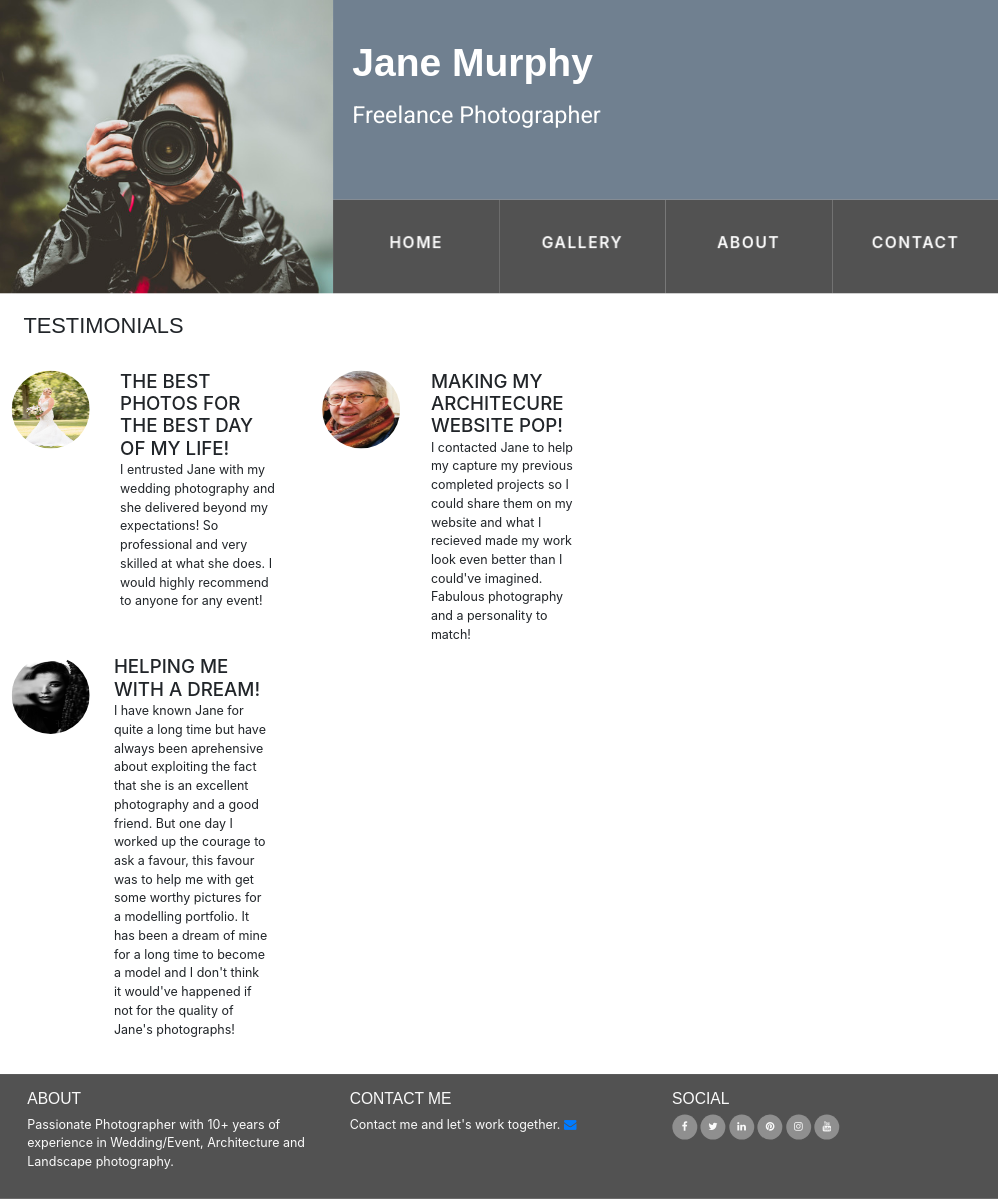
Repository: Code-Institute-Submissions/MrChrisRandall-milestone-1
Page: index.html
The author's editor kept a record of every edit. The page is drawn from the files as they stood at one moment, then again after the next edit.
The browser window is 1280 px wide. The pictures show the whole page, at 78% of full size.

Above is the page before.

### index.html
<!DOCTYPE html>
<html lang="en">

<head>
    <meta charset="UTF-8">
    <meta name="viewport" content="width=device-width, initial-scale=1.0">
    <meta http-equiv="X-UA-Compatible" content="ie=edge">
    <link rel="stylesheet" href="https://stackpath.bootstrapcdn.com/bootstrap/4.3.1/css/bootstrap.min.css" type="text/css" />
    <link rel="stylesheet" href="https://stackpath.bootstrapcdn.com/font-awesome/4.7.0/css/font-awesome.min.css" type="text/css" />
    <link rel="stylesheet" href="https://cdnjs.cloudflare.com/ajax/libs/hover.css/2.3.1/css/hover-min.css" type="text/css" />
    <link rel="stylesheet" href="assets/css/style.css" type="text/css" />
    <title>Studio 21</title>
</head>

<body>
    <header>
        <div class="row no-gutters">
            <a href="index.html" class="col-md-4 logo">

            </a>
            <div class="col-md-8">
                <div class="row no-gutters bg-color-name-title">
                    <div class="col heading">
                        <h1 class="name">Jane Murphy</h1>
                        <h2 class="title">Freelance Photographer</h2>
                    </div>
                </div>
                <div class="row no-gutters">
                    <div class="col">
                        <ul id="nav" class="list-inline menucontainer">
                            <li class="col-6 col-sm-3 ui-menu-color-home list-inline-item menuitem">
                                <a href="index.html" class="hvr-grow-shadow"><span>Home</span></a>
                            </li>
                            <li class="col-6 col-sm-3 ui-menu-color-gallery list-inline-item menuitem">
                                <a href="gallery.html" class="hvr-grow-shadow"><span>Gallery</span></a>
                            </li>
                            <li class="col-6 col-sm-3 ui-menu-color-about list-inline-item menuitem">
                                <a href="about.html" class="hvr-grow-shadow"><span>About</span></a>
                            </li>
                            <li class="col-6 col-sm-3 ui-menu-color-contact list-inline-item menuitem">
                                <a href="contact.html" class="hvr-grow-shadow"><span>Contact</span></a>
                            </li>
                        </ul>
                    </div>
                </div>

            </div>
        </div>

    </header>

    <section class="container-fluid">
        <div class="row">

            <div class="col-md-8 section-column">

                <div class="row">
                    <div class="col">
                        <h3 class="section-heading uppercase">Testimonials</h3>
                    </div>
                </div>
                <div class="row">
                    <div class="d-none d-sm-block">
                        <img src="assets/images/f1.jpg" class="rounded-circle mr-4" height=100 width=100>
                    </div>
                    <div class="col-10 offset-1 offset-sm-0 col-sm-4 col-md-4">
                        <div class="row">

                            <div class="col-10">
                                <h4 class="uppercase">The best photos for the best day of my life!</h4>
                                <p>
                                    I entrusted Jane with my wedding photography and she delivered beyond my expectations! So professional and very skilled at what she does. I would highly recommend to anyone for any event!
                                </p>
                            </div>
                        </div>
                    </div>


                    <div class="d-none d-sm-block">
                        <img src="assets/images/m1.jpg" class="rounded-circle mr-4" height=100 width=100>
                    </div>
                    <div class="col-10 offset-1 offset-sm-0 col-sm-4 col-md-4">
                        <div class="row">

                            <div class="col-10">
                                <h4 class="uppercase">Making my architecure website pop!</h4>
                                <p>
                                    I contacted Jane to help my capture my previous completed projects so I could share them on my website and what I recieved made my work look even better than I could've imagined. Fabulous photography and a personality to match!
                                </p>
                            </div>
                        </div>
                    </div>

                    <div class="d-none d-sm-block">
                        <img src="assets/images/fm1.jpg" class="rounded-circle mr-3" height=100 width=100>
                    </div>
                    <div class="col-10 offset-1 offset-sm-0 col-sm-4 col-md-4">
                        <div class="row">
                            <div class="col-10">
                                <h4 class="uppercase">Helping me with a dream!</h4>
                                <p>
                                    I have known Jane for quite a long time but have always been aprehensive about exploiting the fact that she is an excellent photography and a good friend. But one day I worked up the courage to ask a favour,
                                    this favour was to help me with get some worthy pictures for a modelling portfolio. It has been a dream of mine for a long time to become a model and I don't think it would've happened if not for the quality of Jane's photographs!
                                </p>
                            </div>

                        </div>
                    </div>
                </div>
            </div>
        </div>

    </section>

    <footer class="container-fluid">
        <div id="footer-details" class="row">
            <div class="col-sm-4">
                <h5 class="uppercase general-sub">About</h5>
                <p class="inline-block">
                    Passionate Photographer with 10+ years of experience in Wedding/Event, Architecture and Landscape photography.
                </p>
            </div>
            <div class="col-sm-4">
                <h5 class="uppercase general-sub">Contact Me</h5>
                <p class="inline-block">
                    Contact me and let's work together.
                    <a href="contact.html" class="contant-link">
                        <i class="fa fa-envelope" aria-hidden="true"></i>
                        <span class="sr-only">Contact link.</span>
                    </a>
                </p>
            </div>
            <div class="col-sm-4">
                <h5 class="uppercase general-sub">Social</h5>
                <ul class="list-inline social-links">
                    <li class="list-inline-item">
                        <a target="_blank" href="#">
                            <i class="fa fa-facebook" aria-hidden="true"></i>
                            <span class="sr-only">Facebook</span>
                        </a>
                    </li>
                    <li class="list-inline-item">
                        <a target="_blank" href="#">
                            <i class="fa fa-twitter" aria-hidden="true"></i>
                            <span class="sr-only">Twitter</span>
                        </a>
                    </li>
                    <li class="list-inline-item">
                        <a target="_blank" href="#">
                            <i class="fa fa-linkedin" aria-hidden="true"></i>
                            <span class="sr-only">LinkedIn</span>
                        </a>
                    </li>
                    <li class="list-inline-item">
                        <a target="_blank" href="#">
                            <i class="fa fa-pinterest" aria-hidden="true"></i>
                            <span class="sr-only">Pinterest</span>
                        </a>
                    </li>
                    <li class="list-inline-item">
                        <a target="_blank" href="#">
                            <i class="fa fa-instagram" aria-hidden="true"></i>
                            <span class="sr-only">Instagram</span>
                        </a>
                    </li>
                    <li class="list-inline-item">
                        <a target="_blank" href="#">
                            <i class="fa fa-youtube" aria-hidden="true"></i>
                            <span class="sr-only">YouTube</span>
                        </a>
                    </li>
                </ul>
            </div>
        </div>
    </footer>

</body>

</html>

### assets/css/style.css
@import url('https://fonts.googleapis.com/css?family=Roboto&display=swap:100,200,300,400,500,600,700|Exo:100,200,300,400,500,600,700');


/*--------------------------------------------------Colors*/

.bg-color-name-title {
    background-color: #708090;
}

.ui-menu-color-home {
    background-color: #525252;
}

.ui-menu-color-gallery {
    background-color: #525252;
}

.ui-menu-color-about {
    background-color: #525252;
}

.ui-menu-color-contact {
    background-color: #525252;
}

/*--------------------------------------------------General*/

h1,
h2,
h3,
h4 {
    margin: 0;
}

.uppercase {
    text-transform: uppercase;
}

.general-sub {
    font-family: "Exo", sans-serif;
    font-weight: 300;
    color: #fafafa
}

.inline-block {
    display: inline-block;
}

.row-table {
    display: table;
}

.section-column {
    display: table-cell;
    padding: 0 30px 30px;
    float: none;
}

.history-heading,
.section-heading {
    font-family: "Exo", sans-serif;
    font-weight: 300;
    margin-top: 25px;
    margin-bottom: 40px;
}

/*--------------------------------------------------Header*/

.header {
    margin: 0;
}

.heading {
    margin-left: 25px;
}

.logo {
    background: url(../images/pic.jpg);
    background-position: center;
    background-repeat: no-repeat;
    background-size: cover;
    min-height: 360px;
}

.name {
    font-family: "Exo", sans-serif;
    font-weight: 600;
    font-size: 50px;
    margin-top: 50px;
    color: #fff;
}

.title {
    font-family: "Roboto", sans-serif;
    font-weight: 400;
    font-size: 30px;
    margin-top: 20px;
    margin-bottom: 90px;
    color: #fff;
}

.list-inline-item:not(:last-child) {
    margin: 0;
}

.menucontainer {
    font-size: 0;
}

#nav {
    margin: 0;
}

#nav li {
    font-size: 14px;
    padding: 0;
}

.menuitem {
    height: 120px;
    text-align: center;
    padding: 0;
}

.menuitem a {
    width: 100%;
    text-decoration: none;
    color: #fff;
    height: 120px;
}

.menuitem span {
    display: block;
    width: 100%;
    padding-top: 40px;
    text-align: center;
    text-transform: uppercase;
    font-size: 20px;
    font-weight: 600;
    letter-spacing: 2px;
}

/*--------------------------------------------------Footer*/

footer {
    background-color: #525252;
    color: #fafafa;
    min-height: 120px;
    margin: 0;
}

.contact-link i {
    width: 32px;
    height: 32px;
    padding: 12px 0;
    border-radius: 50%;
    font-size: 13px;
    line-height: 7px;
    text-align: center;
    color: #fafafa;
    background: #8f8f8f;
    transition: all 0.35s ease-in-out;
    -moz-transition: all 0.35s ease-in-out;
    -webkit-transition: all 0.35s ease-in-out;
    -o-transition: all 0.35s ease-in-out;
}

.social-links {
    padding-bottom: 15px;
}

.social-links li a i {
    width: 32px;
    height: 32px;
    padding: 12px 0;
    border-radius: 50%;
    font-size: 13px;
    line-height: 7px;
    text-align: center;
    color: #fafafa;
    background: #8f8f8f;
    transition: all 0.35s ease-in-out;
    -moz-transition: all 0.35s ease-in-out;
    -webkit-transition: all 0.35s ease-in-out;
    -o-transition: all 0.35s ease-in-out;
}

.social-links li a i:hover {
    background: #708090;
}

#footer-details {
    padding: 20px;
}

/*--------------------------------------------------Personal Info*/

.personal-info-item {
    margin-bottom: 20px;
    display: block;
    clear: both;
}

.personal-info-item .key,
.personal-info-item .value {
    padding-right: 8px;
    display: inline-block;
}

.personal-info-item .key p,
.personal-info-item .value p {
    margin: 0;
}

.personal-info-item .key {
    width: 30%;
    margin-right: 21px;
    padding-top: 2px;
    vertical-align: top;
}

.personal-info-item .key p {
    font-weight: 700;
}

.personal-info-item .value {
    position: relative;
    width: 60%;
}

/*--------------------------------------------------Contact Form*/

.contact-heading {
    font-family: "Exo", sans-serif;
    font-weight: 300;
    margin-top: 25px;
    margin-bottom: 20px;
}

.center-form {
    padding-top: 10px;
    margin: 0 auto;
    max-width: 70%;
}

button[type="submit"] {
    margin-top: 15px;
    margin-bottom: 20px;
    color: #fafafa;
    background-color: #e84610;
}

/*--------------------------------------------------Gallery*/

.flex-container {
    width: 1280px;
    min-height: 500px;
    background: #fff;
    margin: 70px auto 0;
    display: flex;
    flex-direction: row;
    flex-wrap: wrap;
}

.flex-container .box {
    position: relative;
    width: 250px;
    height: 250px;
    background: #000000;
    margin: 25px;
    display: inline-block
}

.flex-container .box .imgBox {
    position: relative;
}

.flex-container .box .imgBox img {
    max-width: 100%;
    transform: transition 2s;
}
.flex-container .box:hover .imgBox {

}

After the next edit:
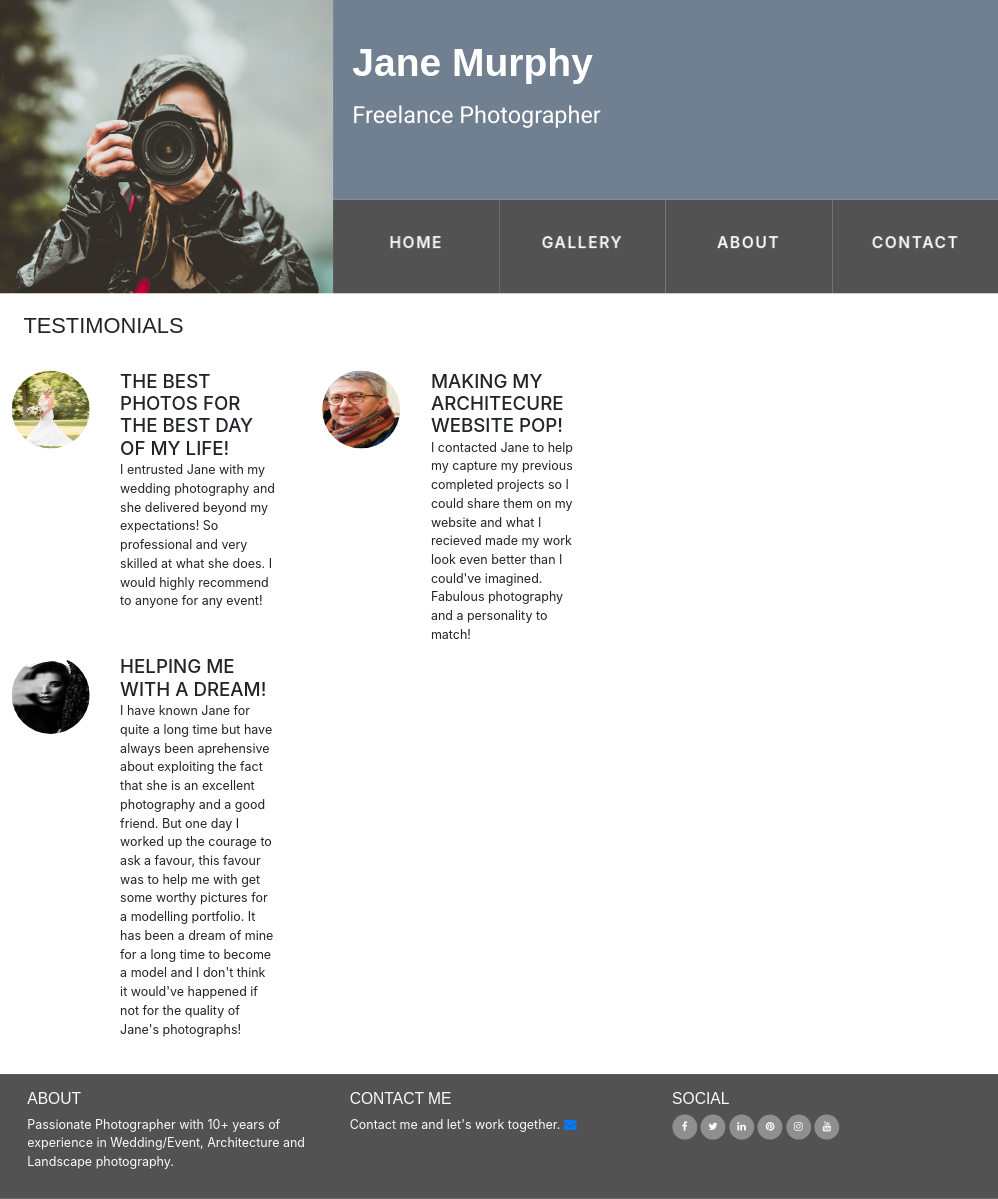
The edit:
--- a/index.html
+++ b/index.html
@@ -92,7 +92,7 @@
                     </div>
 
                     <div class="d-none d-sm-block">
-                        <img src="assets/images/fm1.jpg" class="rounded-circle mr-3" height=100 width=100>
+                        <img src="assets/images/fm1.jpg" class="rounded-circle mr-4" height=100 width=100>
                     </div>
                     <div class="col-10 offset-1 offset-sm-0 col-sm-4 col-md-4">
                         <div class="row">
